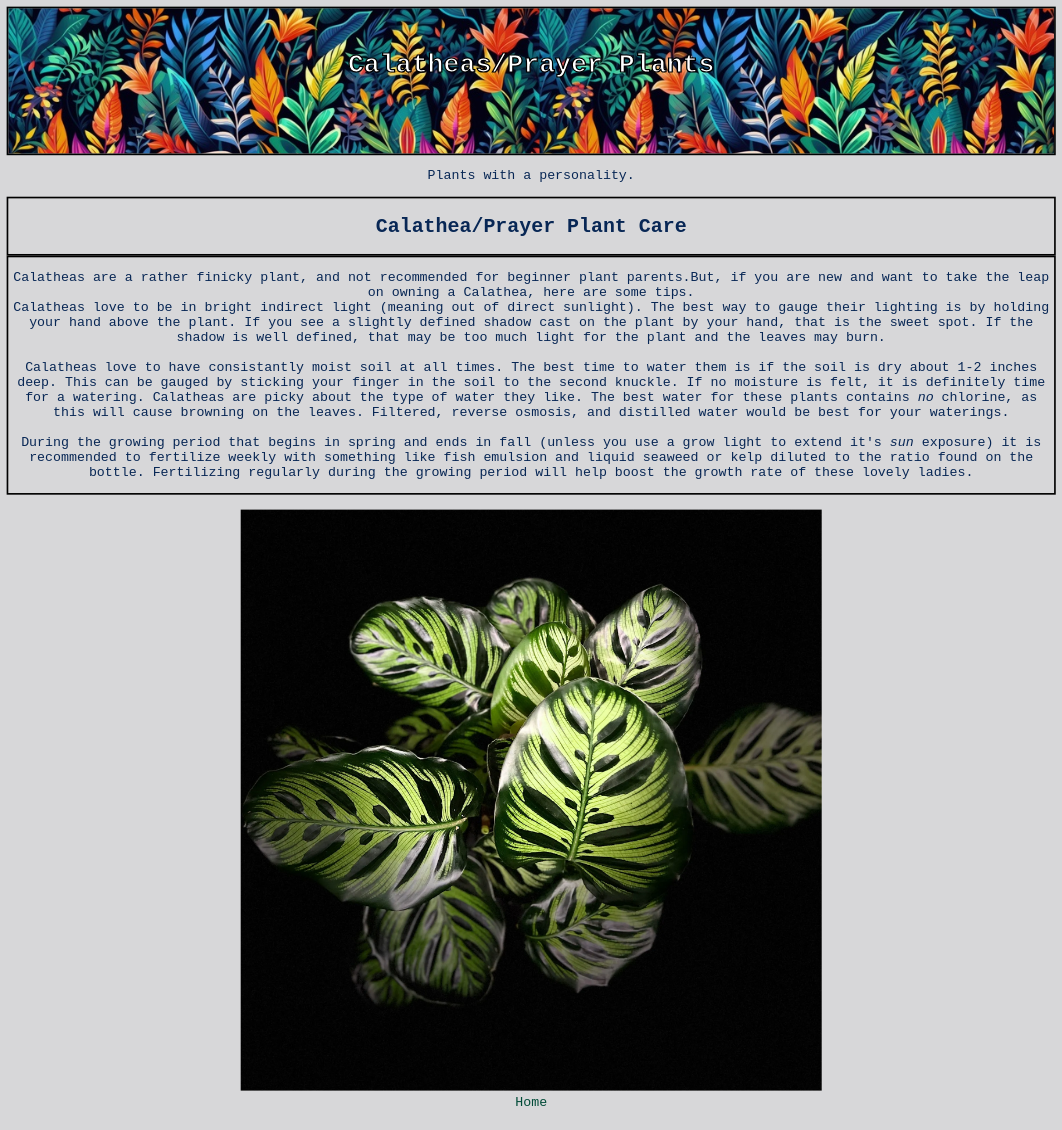
Repository: swillis91/odin-recipies
Page: Planty Page/calatheas.html
An editor plug-in stored every save of this project. The page is shown before and after the next save, followed by the edit.
The browser window is 1280 px wide. The pictures show the whole page, at 83% of full size.

Above is the page before, as saved 2023-08-14 23:22:31.

### Planty Page/calatheas.html
<!DOCTYPE html>
    <html>
        <head>
            <title>Calatheas</title>
            <link href="style.css" rel="stylesheet"
        </head>
        <body>
            <h1 class="heading"><b>Calatheas/Prayer Plants</b></h1>
              <p>Plants with a personality.</p>
            <div class="box">
                <h2 class="species">Calathea/Prayer Plant Care</h2>
            </div>
            <div class="box">
              <p class="care">Calatheas are a rather finicky plant, and not recommended for beginner plant parents.But, if you are new and want to take the leap on owning a Calathea, here are some tips.
                <br>
                Calatheas love to be in bright indirect light (meaning out of direct sunlight). The best way to gauge their lighting is by holding your hand above the plant. If you see a slightly defined shadow cast on the plant by your hand, that is the sweet spot. If the shadow is well defined, that may be too much light for the plant and the leaves may burn.
                <br><br>
                Calatheas love to have consistantly moist soil at all times. The best time to water them is if the soil is dry about 1-2 inches deep. This can be gauged by sticking your finger in the soil to the second knuckle. If no moisture is felt, it is definitely time for a watering. Calatheas are picky about the type of water they like. The best water for these plants contains <em>no</em> chlorine, as this will cause browning on the leaves. Filtered, reverse osmosis, and distilled water would be best for your waterings.
                <br><br>
                During the growing period that begins in spring and ends in fall (unless you use a grow light to extend it's <i>sun</i> exposure) it is recommended to fertilize weekly with something like fish emulsion and liquid seaweed or kelp diluted to the ratio found on the bottle. Fertilizing regularly during the growing period will help boost the growth rate of these lovely ladies.</p>
            </div>
            <br>
                <img src="./Images/makoyana.webp" id="calathea makoyana" width="700px">
            <footer>
                <nav>
                    <a href="./index.html" class="navigation">Home</a>

                </nav>
            </footer>
        </body>
    </html>

### Planty Page/style.css
body{
    background-color: rgb(215, 215, 217);
    color:rgb(8, 39, 85);
    text-align: center;
    font-family: 'Permanent Marker', cursive;
    font-family: 'Space Mono', monospace;
}

.heading{
    color: rgb(0, 0, 0);
    -webkit-text-fill-color: rgb(255, 255, 255);
    -webkit-text-stroke-width: 1.5px;
    -webkit-text-stroke-color: rgb(0, 0, 0);
    text-transform: capitalize;
    border: 2px solid rgb(0, 3, 3);
    background-image: url('Images/banner.jpg');
    height: 75px;
    margin: 0 auto;
    padding:50px 20px;

}

div.box{
    border:2px solid black;
    display: flex;
    margin-left: auto;
    flex-direction:column;
    align-content: center;
}

#calathea-makoyana{
    width: 500px;
    Height: auto:
}

.navigation{
    color:rgb(1, 75, 56);
    text-decoration: none;
}

a:hover{
    color: rgb(20, 220, 2);
    background-color: rgb(5, 55, 1);
}

After the next save:
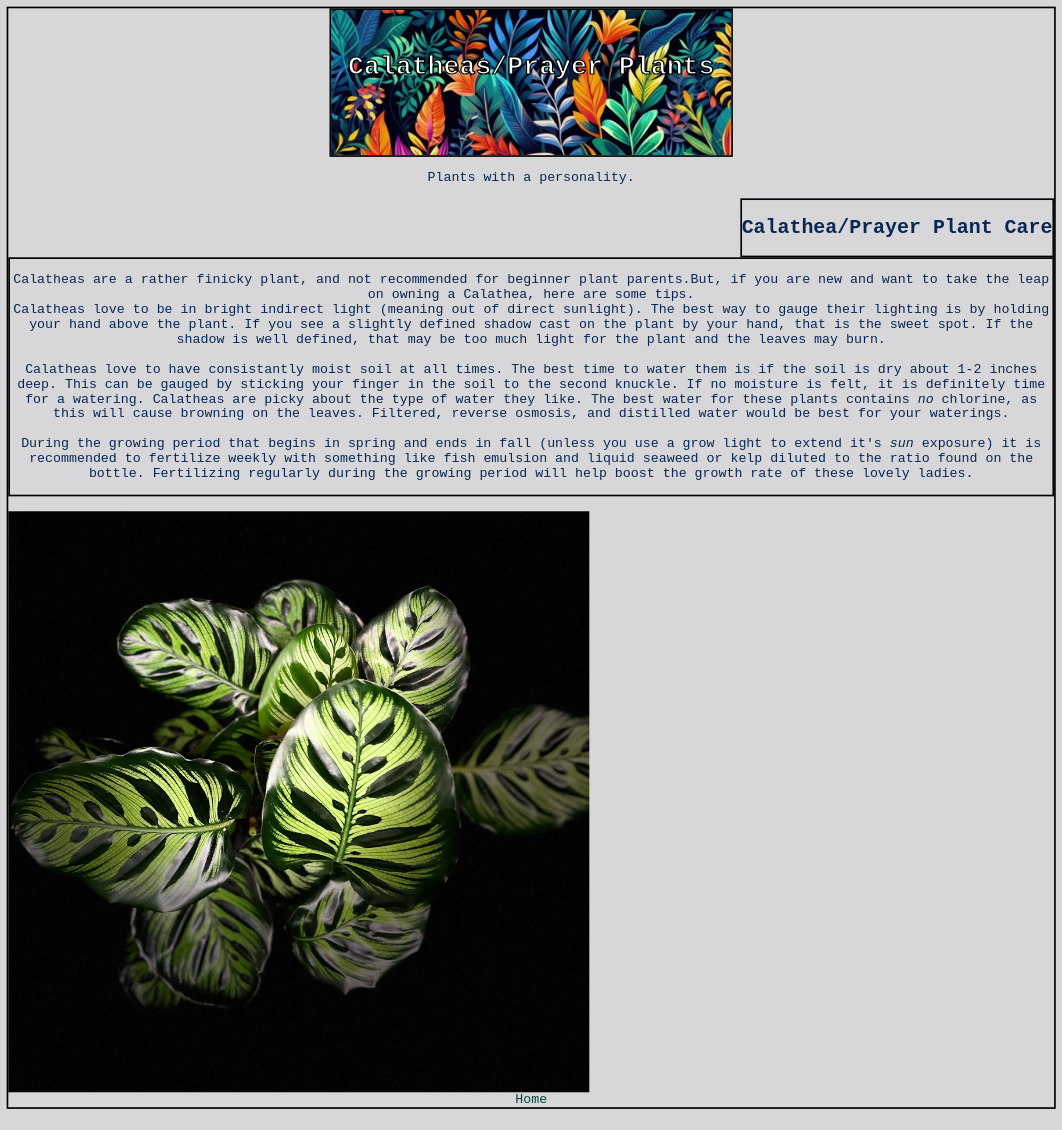
Saved 50 s later.
--- a/Planty Page/calatheas.html
+++ b/Planty Page/calatheas.html
@@ -5,7 +5,8 @@
             <link href="style.css" rel="stylesheet"
         </head>
         <body>
-            <h1 class="heading"><b>Calatheas/Prayer Plants</b></h1>
+            <div class="box">
+                <h1 class="heading"><b>Calatheas/Prayer Plants</b></h1>
               <p>Plants with a personality.</p>
             <div class="box">
                 <h2 class="species">Calathea/Prayer Plant Care</h2>

After the save that followed:
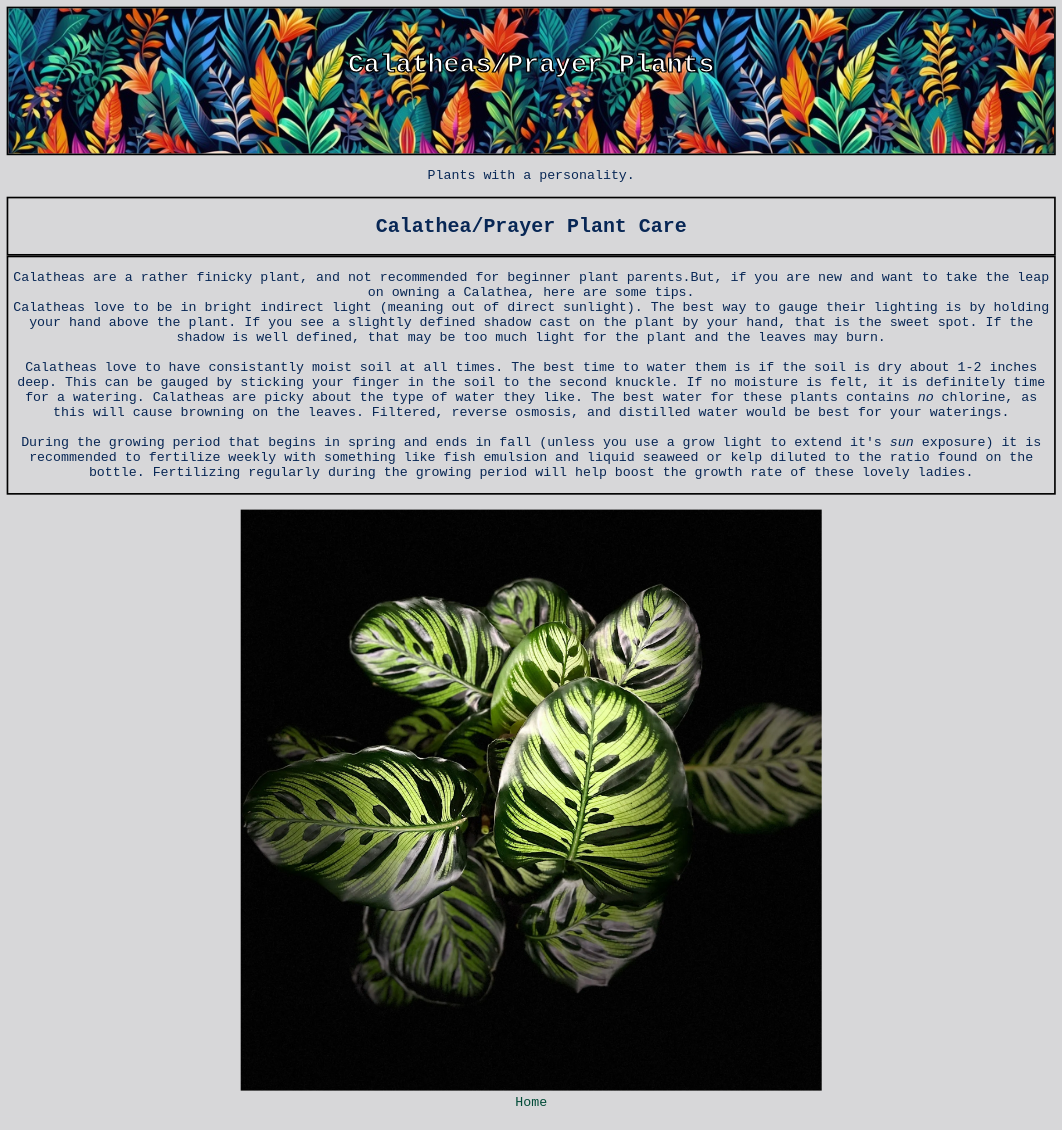
Saved 10 s later.
--- a/Planty Page/calatheas.html
+++ b/Planty Page/calatheas.html
@@ -5,8 +5,7 @@
             <link href="style.css" rel="stylesheet"
         </head>
         <body>
-            <div class="box">
-                <h1 class="heading"><b>Calatheas/Prayer Plants</b></h1>
+            <h1 class="heading"><b>Calatheas/Prayer Plants</b></h1>
               <p>Plants with a personality.</p>
             <div class="box">
                 <h2 class="species">Calathea/Prayer Plant Care</h2>
